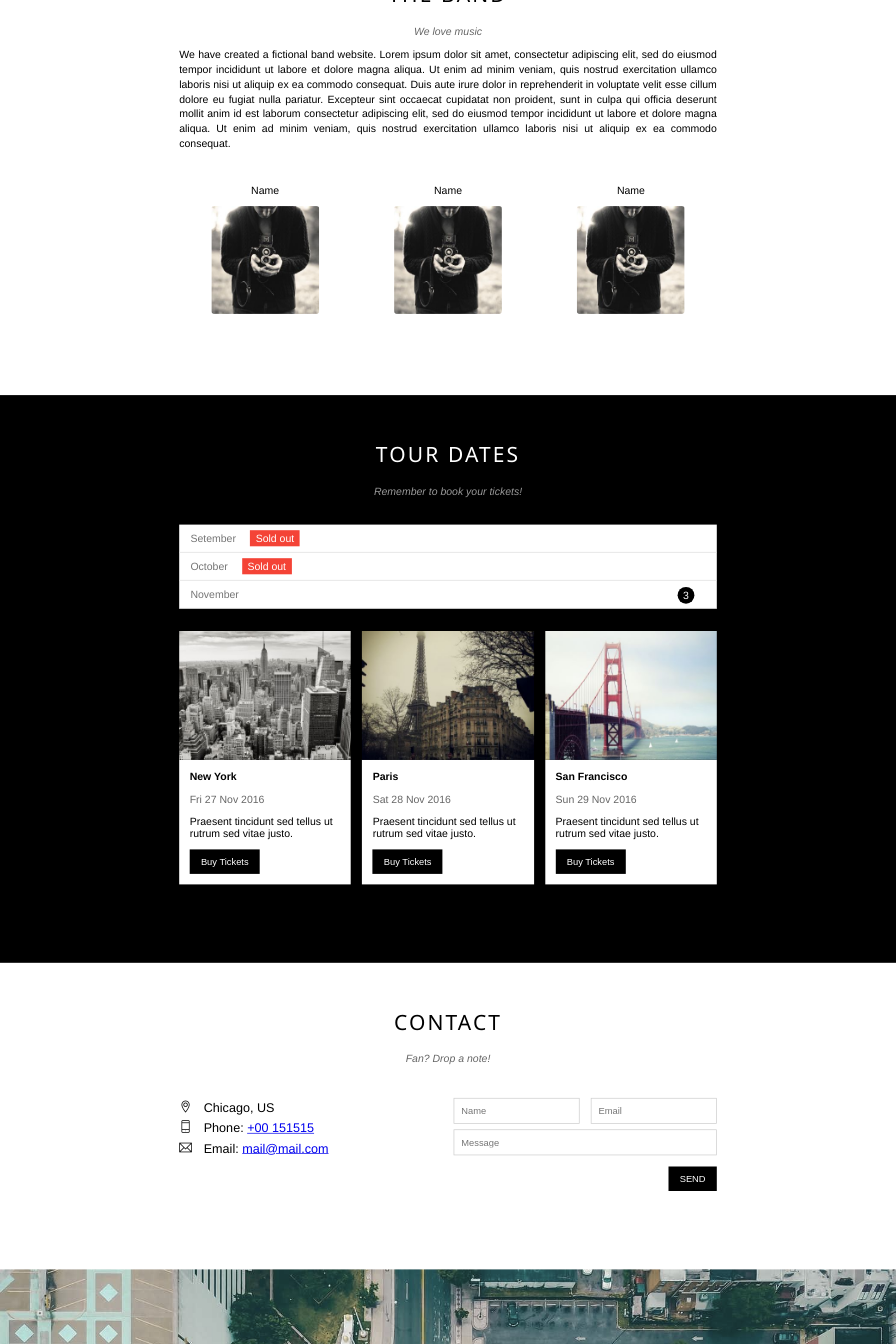
Repository: Lehau79/w3_band
Page: index.html
An editor plug-in stored every save of this project. The page is shown before and after the next save, followed by the edit.
The browser window is 1280 px wide. The pictures show the part of the page from y = 778 to 2698 px (the page is 3504 px tall before and 3488 px after), at 70% of full size.

Above is the page before, as saved 2021-11-21 16:50:56.

### index.html
<!DOCTYPE html>
<html lang="en">
<head>
    <meta charset="UTF-8">
    <meta http-equiv="X-UA-Compatible" content="IE=edge">
    <meta name="viewport" content="width=device-width, initial-scale=1.0">
    <title>THE BAND</title>
    <link rel="icon" href="#" type="image/x-icon" />
    <link rel="stylesheet" href="./assets/css/style.css">
    <link rel="stylesheet" href="./assets/css/responsive.css">
    <link rel="stylesheet" href="/assets/font/themify-icons/themify-icons.css">
</head>
<body>
    <div id="main">
        <div id="header">
            <!-- Beign: Nav -->
            <ul id="nav">
                <li><a href="#">Home</a></li>
                <li><a href="#band">Band</a></li>
                <li><a href="#tour">Tour</a></li>
                <li><a href="#contain">Contact</a></li>
                <li>
                    <a href="#">
                        More
                    <i class="nav-arrow-down ti-angle-down"></i>
                    </a>
                    <ul class="subnav">
                        <li><a href="#">Merchandise</a></li>
                        <li><a href="#">Extras</a></li>
                        <li><a href="#">Media</a></li>
                    </ul>
                </li>
            </ul>
            <!-- End: Nav -->

            <!-- Begin: Search button -->
                <div class="search-btn">
                    <i class="search-icon ti-search"></i>
                </div>
            <!-- End: Search button -->

            <!-- Begin: Mobile-menu-btn -->
            <div id="mobile-menu" class="mobile-menu-btn">
                <i class="menu-icon ti-menu"></i>
            </div>
            <!-- End: Mobile-menu-btn -->

        </div>
            <!-- Begin: Slider-->
        <div id="slider">
            <div class="text-content">
                <h2 class="text-heading">Chicago</h2>
                <div class="text-description">Thank you, Chicago - A night we won't forget.</div>
            </div>
        </div>
            <!-- End: Slider -->

            <!-- Begin: Content-->
        <div id="content">

            <!-- Begin: TheBand Section-->
            <div class="content-section" id="band">
                <h2 class="content-heading">THE BAND</h2>
                <p class="content-sub-heading">We love music</p>
                <p class="about-text">We have created a fictional band website. Lorem ipsum dolor sit amet, consectetur adipiscing elit, sed do eiusmod tempor incididunt ut labore et dolore magna aliqua. Ut enim ad minim veniam, quis nostrud exercitation ullamco laboris nisi ut aliquip ex ea commodo consequat. Duis aute irure dolor in reprehenderit in voluptate velit esse cillum dolore eu fugiat nulla pariatur. Excepteur sint occaecat cupidatat non proident, sunt in culpa qui officia deserunt mollit anim id est laborum consectetur adipiscing elit, sed do eiusmod tempor incididunt ut labore et dolore magna aliqua. Ut enim ad minim veniam, quis nostrud exercitation ullamco laboris nisi ut aliquip ex ea commodo consequat.</p>
                <div class="row members-list">
                    <div class="col col-third s-col-full mt-32 text-center">
                        <p class="member-name">Name</p>
                        <img src="./assets/images/Band/Member1.jpg" alt="LVH" class="member-img">
                    </div>
                    <div class="col col-third s-col-full mt-32 text-center">
                        <p class="member-name">Name</p>
                        <img src="./assets/images/Band/Member1.jpg" alt="LVH" class="member-img">
                    </div>
                    <div class="col col-third s-col-full mt-32 text-center">
                        <p class="member-name">Name</p>
                        <img src="./assets/images/Band/Member1.jpg" alt="LVH" class="member-img">
                    </div>
                </div>
            </div>
            <!--End: TheBand Section-->

            <!-- Begin: Tour Section-->
            <div class="tour-section" id="tour">
                <div class="content-section">
                    <h2 class="content-heading text-white">TOUR DATES</h2>
                    <p class="content-sub-heading text-white">Remember to book your tickets!</p>

                    <ul class="tickets-list">
                        <li>Setember <span class="sold-out">Sold out</span></li>
                        <li>October <span class="sold-out">Sold out</span></li>
                        <li>November <span class="sold-quatity">3</span></li>
                    </ul>

                    <!--Begin :Tour Places Section-->
                    <div class="row place-list">
                        <div class="col col-third s-col-full mt-16">
                            <img src="./assets/images/Places/Place1.jpg" alt="New York" class="place-img">
                            <div class="place-body">
                                <h3 class="place-heading">New York</h3>
                                <p class="place-time">Fri 27 Nov 2016</p>
                                <p class="place-desc">Praesent tincidunt sed tellus ut rutrum sed vitae justo.</p>
                                <button class="btn s-full-width js-buy-ticket">Buy Tickets</button>
                            </div>
                        </div>

                        <div class="col col-third s-col-full mt-16">
                            <img src="./assets/images/Places/Place2.jpg" alt="New York" class="place-img">
                            <div class="place-body">
                                <h3 class="place-heading">Paris</h3>
                                <p class="place-time">Sat 28 Nov 2016</p>
                                <p class="place-desc">Praesent tincidunt sed tellus ut rutrum sed vitae justo.</p>
                                <button class="btn s-full-width js-buy-ticket">Buy Tickets</button>
                            </div>
                        </div>

                        <div class="col col-third s-col-full mt-16">
                            <img src="./assets/images/Places/place3.jpg" alt="New York" class="place-img">
                            <div class="place-body">
                                <h3 class="place-heading">San Francisco</h3>
                                <p class="place-time">Sun 29 Nov 2016</p>
                                <p class="place-desc">Praesent tincidunt sed tellus ut rutrum sed vitae justo.</p>
                                <button class="btn s-full-width js-buy-ticket">Buy Tickets</button>
                            </div>
                        </div>


                    </div>
                    <!--End: Tour Places Section-->
                </div>
            </div>
            <!-- End: Tour Place Section-->


            <!-- Begin: Contact Section-->
            <div class="content-section" id="contain" >
                <h2 class="content-heading">CONTACT</h2>
                <p class="content-sub-heading">Fan? Drop a note!</p>

                <div class="row  contact-content">
                    <div class="col col-half s-col-full contact-info">
                        <p><i class="ti-location-pin"></i> Chicago, US</p>
                        <p><i class="ti-mobile"></i>  Phone: <a href="tel:+00 151515">+00 151515</a></p>
                        <p><i class="ti-email"></i> Email: <a href="mailto:mail@mail.com">mail@mail.com</a></p>

                    </div>
                    <div class="col col-half s-col-full contact-form">
                        <form action="">
                            <div class="row">
                                <div class="col col-half s-col-full">
                                    <input type="text" name="" id="" required class="form-control" placeholder="Name">
                                </div>
                                <div class="col col-half s-col-full s-mt-8">
                                    <input type="email" name="" id="" required class="form-control" placeholder="Email">
                                </div>
                            </div>
                            <div class="row mt-8">
                                <div class="col col-full">
                                    <input type="text" name="" id="" required class="form-control" placeholder="Message">
                                </div>
                            </div>
                            <input class="btn s-full-width mt-16 pull-right" type="submit" value="SEND" />
                        </form>
                    </div>
            </div>
            </div>
            <!-- End: Contact Section-->

            <div class="image-section">
                <img src="./assets/images/Map/map.jpg" alt="Map">
            </div>
        </div>
        <!-- End: Content Section-->

        <!-- Begin: Footer-->
        <div id="footer">
            <div class="socials-list">
                <a href=""><i class="ti-facebook"></i></a>
                <a href=""><i class="ti-instagram"></i></a>
                <a href=""><i class="ti-youtube"></i></a>
                <a href=""><i class="ti-pinterest"></i></a>
                <a href=""><i class="ti-twitter"></i></a>
                <a href=""><i class="ti-linkedin"></i></a>
            </div>
            <p class="copyright">Powered by <a href="">w3.css</a></p>
        </div>
        <!--End :Footer-->
    </div>

    <div class="modal js-modal">
        <div class="modal-container js-modal-container">
            <div class="modal-close js-modal-close">
                <i class="ti-close"></i>
            </div>
            <header class="modal-header">
                <i class="modal-heading-icon ti-bag"></i>
                Tickets
            </header>
            <div class="modal-body">
                <label for="ticket-quality" class="modal-label">
                    <i class="ti-shopping-cart"></i>
                    Tickets, $15 per person
                </label>
                <input type="text"  id="ticket-quality" class="modal-input" placeholder="How many?">

                <label for="ticket-email" class="modal-label">
                    <i class="ti-user"></i>
                    Send to
                </label>
                <input type="email"  id="ticket-email" class="modal-input" placeholder="Enter email ......">

                <button class="buy-tickets">
                    Pay <i class="ti-check"></i>
                </button>
            </div>
            <footer class="modal-footer">
                <p class="modal-help">Need
                    <a href="#">help?</a>
                </p>
            </footer>
        </div>
    </div>
    <script>
        /* Begin: Modal */
        const buyBtns = document.querySelectorAll('.js-buy-ticket')
        const modal = document.querySelector('.js-modal')
        const modalClose = document.querySelector('.js-modal-close')
        const modalContainer = document.querySelector('.js-modal-container')
        function showBuyTickets() {
            modal.classList.add('open')
        }

        function hideBuyTickes() {
            modal.classList.remove('open')
        }

        for(const buyBtn of buyBtns) {
            buyBtn.addEventListener('click',showBuyTickets)
        }

        modalClose.addEventListener('click',hideBuyTickes)

        modal.addEventListener('click',hideBuyTickes)

        modalContainer.addEventListener('click', function (event) {
            event.stopPropagation()
        })
        /* End: Modal */

        /* Đóng mở Mobile Menu */
        var header = document.getElementById('header')
        var mobileMenu = document.getElementById('mobile-menu')
        var headerHeight = header.clientHeight;

        mobileMenu.onclick = function() {
            var isClosed = header.clientHeight === headerHeight ;
            if (isClosed){
                header.style.height = "auto";
            }   else {
                header.style.height = null;
            }
        }

        /* Tự động đóng khi chọn menu */
        var menuItems = document.querySelectorAll('#nav li a[href*="#"]');
        for(var i = 0 ; i < menuItems.length; i++) {
            var menuItem = menuItems[i];

            menuItem.onclick = function(event) {
                var isParentMenu = this.nextElementSibling && this.nextElementSibling.classList.contains('subnav');
                if(isParentMenu){
                    event.preventDefault();
                } else {
                    header.style.height= null;
                }

            }
        }

    </script>
</body>
</html>

### assets/css/style.css
* {
    padding: 0;
    margin: 0;
    box-sizing: border-box;
}

html {
    scroll-behavior: smooth;
    font-family: Helvetica, Arial, sans-serif;
}

/* Common */
.clear {
    clear: both;
}

.text-white {
    color: #fff !important;
}

.text-center {
    text-align: center !important;
}

.pull-right {
    float: right !important;
}

.btn {
    color: #fff;
    background-color: #000;
    padding: 10px 16px;
    text-decoration: none;
    display: inline-block;
    margin-top: 15px;
    border: none;
}

.btn:hover {
    color: #000;
    background-color: #ccc;
    cursor: pointer;
}

.row {
    margin-left: -8px;
    margin-right: -8px;
}

.row::after {
    content: "";
    display: block;
    clear: both;
}
.col {
    float: left;
    padding-left: 8px;
    padding-right: 8px;
}

.col-third {
    width: 33.3333%;
}

.col-half {
    width: 50%;
}

.col-full {
    width: 100%;
}

.mt-8 {
    margin-top: 8px !important;
}
.mt-16 {
    margin-top: 16px !important;
}

/* Main */

#header {
    height: 46px;
    background-color: #000;
    position: fixed;
    top: 0px;
    left: 0px;
    right: 0px;
    z-index: 1;
    overflow: hidden;
}

#nav {
    display: inline-block;
}

#nav , .subnav {
    list-style-type: none;
}

#nav > li {
    display: inline-block;
}
#nav li {
    position: relative;
}
#nav > li > a {
    color: #fff;
    text-transform: uppercase;
}
#nav li a {
    text-decoration: none;
    line-height: 46px;
    padding: 0 24px;
    display: block;
}

#nav li:hover .subnav {
    display: block;
}

#nav > li:hover > a,
#nav .subnav li:hover a {
    color: #000;
    background-color: #ccc;
}

#nav .subnav {
    display: none;
    position: absolute;
    min-width: 160px;
    background-color: #fff;
    top: 100%;
    box-shadow: 0px 0px 10px rgba(0 ,0,0,0.5);
}

#nav .subnav a {
    color: #000;
    padding: 0 12px;
    line-height: 38px;
}
#nav .nav-arrow-down {
    font-size: 14px;
}

#header .mobile-menu-btn {
    position: absolute;
    top: 0;
    right: 0;
    display: none;
}

#header .mobile-menu-btn,
#header .search-btn {
    float: right;
    padding: 0px 21px;
}

#header .search-btn:hover {
    cursor: pointer;
    background-color: #f44336;
}

#header .mobile-menu-btn:hover {
    background-color: #ccc;
}

#header .mobile-menu-btn:hover .menu-icon {
    color: #000;
}

#header .menu-icon,
#header .search-icon {
    color: #fff;
    font-size: 20px;
    line-height: 46px;
}

#slider {
    margin-top: 46px;
    padding-top: 50%;
    background: url('/assets/images/Slider/Slider1.jpg') top center / cover no-repeat;
    position: relative;
}

#slider .text-content {
    position: absolute;
    color: #fff;
    bottom: 47px;
    /** Cach 1 : Canh giua
    width: 100%;
    */
    /** Cach 2 : Canh giua
    left: 0;
    right: 0;
     */
    /** Cach 3: Canh giua */
    left: 50%;
    transform: translateX(-50%);
    text-align: center;
}

#slider .text-heading {
    font-weight: 500;
    font-size: 24px;
}

#slider .text-description {
    font-size: 15px;
    margin-top: 25px;

}


#content .content-section{
    width: 800px;
    max-width: 100%;
    padding: 64px 0px 112px;
    margin-left: auto;
    margin-right: auto;
    padding-left: 16px;
    padding-right: 16px;
}
#content .content-heading{
    text-align: center;
    font-size: 30px;
    font-weight: 400;
    letter-spacing: 3px;
    font-family: 'Segoe UI', Arial,sans-serif;
}
#content .content-sub-heading{
    text-align: center;
    margin-top: 23px;
    opacity: 0.6;
    font-style: italic;
    font-size: 15px;
}
#content .about-text{
    text-align:justify;
    margin: 15px 0px;
    font-size: 15px;
    line-height: 1.4;
}

#content .members-list{
    margin-top: 48px;
}


#content .member-name{
    font-size: 15px;
}

#content .member-img{
    margin-top: 15px;
    width: 154px;
    border-radius: 4px;
}

/** Tour */
.tour-section {
    background-color: #000;
}

.tickets-list {
    margin-top: 40px;
    background-color: #fff;
    font-size: 15px;
}

.tickets-list li {
    padding: 8px 16px;
    color: #757575;
    list-style: none;
    padding: 11px 16px;
    border-bottom: 1px solid #ddd;
}

.tickets-list .sold-out {
    margin-left: 16px;
    background-color: #f44336;
    color: #fff;
    padding: 3px 8px;
}

.tickets-list .sold-quatity {
    float: right;
    height: 24px;
    width: 24px;
    background-color: #000;
    color: #fff;
    border-radius: 50%;
    text-align: center;
    line-height: 24px;
    margin-top: -2px;
    margin-right: 16px;
}
/* Place */
.place-list {
    margin-top: 16px;
}


.place-img {
    width: 100%;
    display: block;
}

.place-img:hover {
    opacity: 0.6;
}

.place-body {
    background-color: #fff;
    font-size: 15px;
    padding: 15px;
}

.place-heading {
    font-size: 15px;
    font-weight: 600;
}

.place-time {
    margin-top: 15px;
    opacity: 0.6;
}

.place-desc {
    margin-top: 15px;
}


/* Contact from*/
.contact-content {
    margin-top: 48px;
}

.contact-info {
    font-size: 18px;
    line-height: 1.6;
}

.contact-info i[class*="ti-"] {
    width:30px;
    display: inline-block;
}

.contact-form {
    font-size: 15px;
}

.contact-form .form-control {
    padding: 10px;
    border: 1px solid #ccc;
    width: 100%;
}

.image-section img {
    width: 100%;
    filter: grayscale(50%);
}

#footer {
   padding: 64px 16px;
   text-align: center;
}

#footer .socials-list {
    font-size: 24px;

}

#footer .socials-list a {
    text-decoration: none;
    color: rgba(0 ,0,0,0.6);
}
#footer .copyright a:hover,
#footer .socials-list a:hover {
    color: rgba(0 ,0,0,0.4);
}

#footer .copyright {
    font-size: 15px;
    color: rgba(0 ,0,0,0.6);
    margin-top: 15px;
}

#footer .copyright a {
    color: rgba(0 ,0,0,0.6);
}

/* Modal */
.modal {
    position: fixed;
    top: 0;
    right: 0;
    left: 0;
    bottom: 0;
    background-color: rgba(0 ,0,0,0.5);
    align-items: center;
    justify-content: center;
    display: none;
}

.modal.open {
    display: flex;
}
.modal-container {
    background-color: #fff;
    width: 900px;
    max-width: calc( 100% - 32px );
    min-height: 200px;
    position: relative;
    animation: modalFadeIn ease 0.6s;
}

.modal-header {
    background: #009688;
    height: 130px;
    display: flex;
    align-items: center;
    justify-content: center;
    font-size: 30px;
    color: #fff;
}
.modal-close {
    position: absolute;
    right: 0;
    top: 0;
    color: #fff;
    padding: 12px;
}

.modal-close:hover {
    color:#000;
    background-color: #ccc;
    cursor: pointer;
}

.modal-heading-icon {
    margin-right: 16px;
}

.modal-body {
    padding: 16px;
}

.modal-label {
    display: block;
    font-size: 15px;
    margin-bottom: 12px;
}

.modal-input {
    border: 1px solid #ccc;
    width: 100%;
    padding: 10px;
    font-size: 15px;
    margin-bottom: 24px;
}

.buy-tickets {
    background: #009688;
    color: #fff;
    border: none;
    font-size: 15px;
    width: 100%;
    text-transform: uppercase;
    padding: 18px;
}

.buy-tickets:hover {
    opacity: 0.9;
    cursor: pointer;
}
.modal-footer {
    padding: 16px;
    text-align: right;

}

.modal-footer a {
    color: #2196F3;
}

@keyframes modalFadeIn {
    from {
        transform: translateY(-130px);
        opacity: 0;
    }
    to {
        opacity: 1;
        transform: translateY(0px);
    }
}

### assets/css/responsive.css
/* PC */
@media (min-width:1024px) {

}

/* Tablet */

@media (min-width:740px) and (max-width:1023px) {

}

/* Mobile */
@media (max-width:740px) {
    .s-col-full {
        width: 100%;
    }

    #header {
        overflow: hidden;
    }

    #header .mobile-menu-btn {
        display: block;
    }

    #header .search-btn {
        display: none;
    }

    #nav {
        display: block;
    }

    #nav li a {
        padding: 1px 24px;
    }

    #nav > li {
        display: block;
    }

    #nav >li:first-child {
        display: inline-block;
    }

    #nav .subnav {
        position: initial;
        background-color: #000;
    }

    #nav .subnav a {
        padding: 5px 41px;
        color: #fff;
    }

    #content .member-item {
        margin-top: 30px;
        width: 100%;
    }

    #content .member-img {
        width: 60%;
    }

}

Loaded but not shown: assets/font/themify-icons/themify-icons.css (common file)

After the next save:
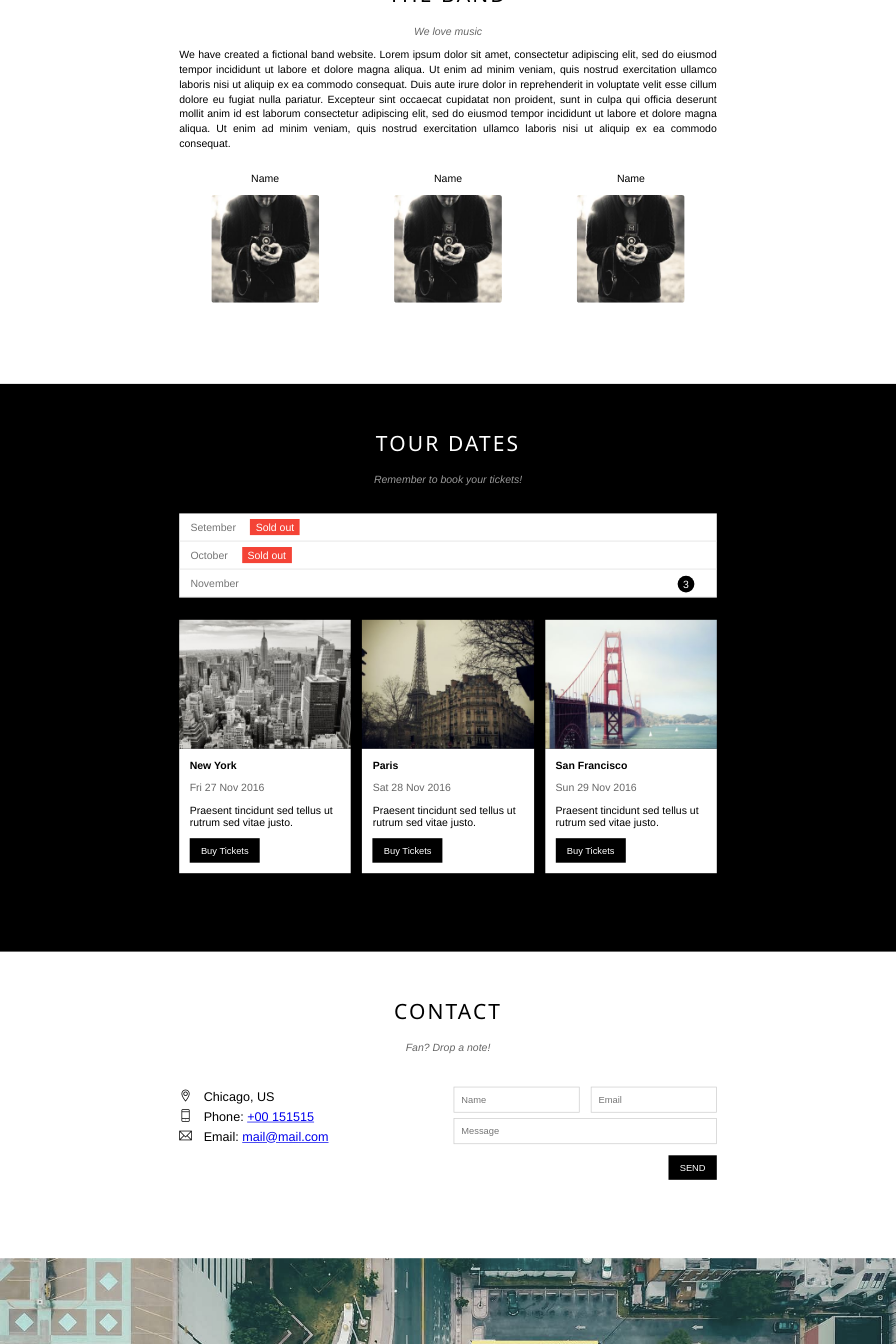
Saved 95 s later.
--- a/assets/css/style.css
+++ b/assets/css/style.css
@@ -243,7 +243,7 @@
 }
 
 #content .members-list{
-    margin-top: 48px;
+    margin-top: 32px;
 }
 
 
